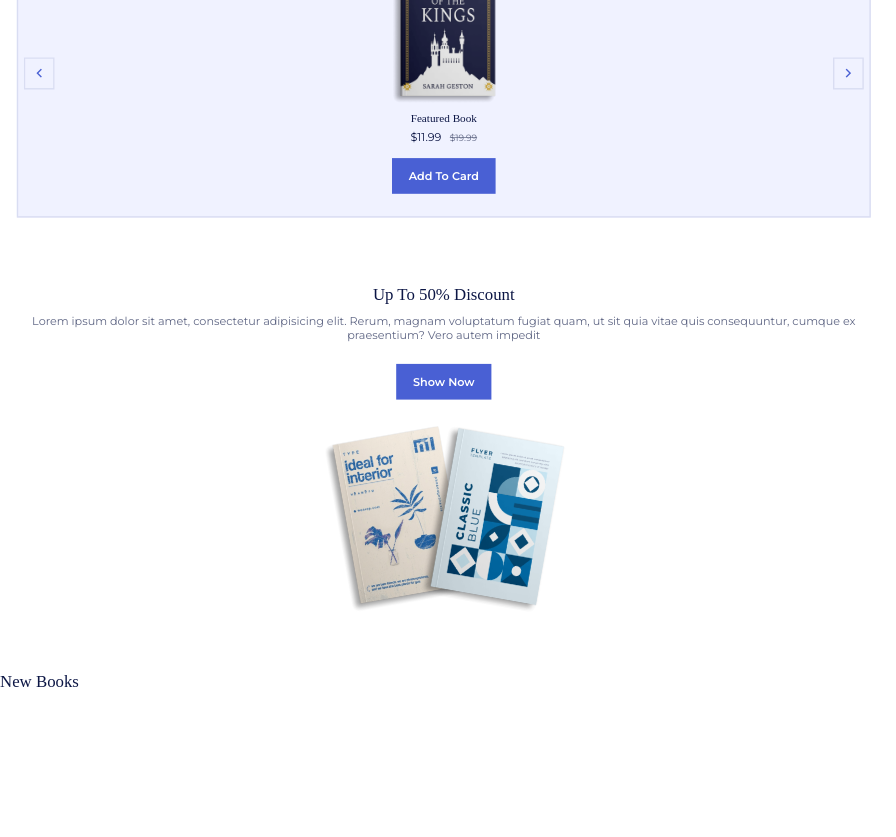
Repository: dinhhaidh/web-book-slider
Page: index.html
An editor plug-in stored every save of this project. The page is shown before and after a run of saves, followed by the edit.
The browser window is 1280 px wide. The pictures show the part of the page from y = 1507 to 3427 px (the page is 2703 px tall before and 3427 px after), at 70% of full size.
Some web fonts or font styles are not loaded; a fallback is used. Some web libraries are served in a nearby version.

Above is the page before, as saved 2024-01-12 19:47:16.

After the next 3 saves:
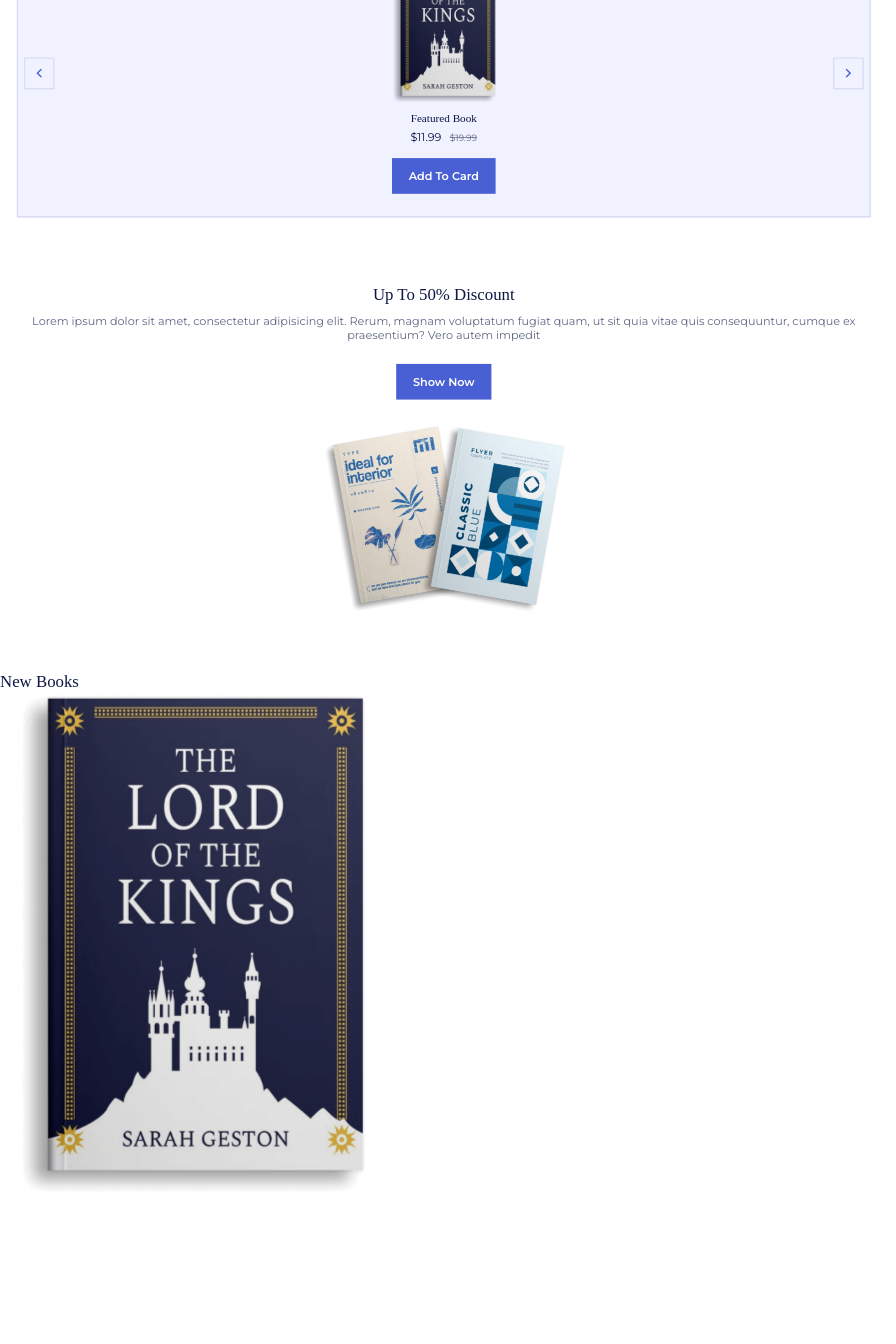
The 3 saves are shown as one change because they came seconds apart.
The last was saved 8 s later.
--- a/index.html
+++ b/index.html
@@ -343,7 +343,7 @@
                 <div class="new__swiper">
                     <div class="swiper-wrapper">
                         <a href="#" class="new__card">
-                            <img src="" alt="" class="new__img">
+                            <img src="./img/book-1.png" alt="" class="new__img">
                         </a>
                     </div>
                 </div>
